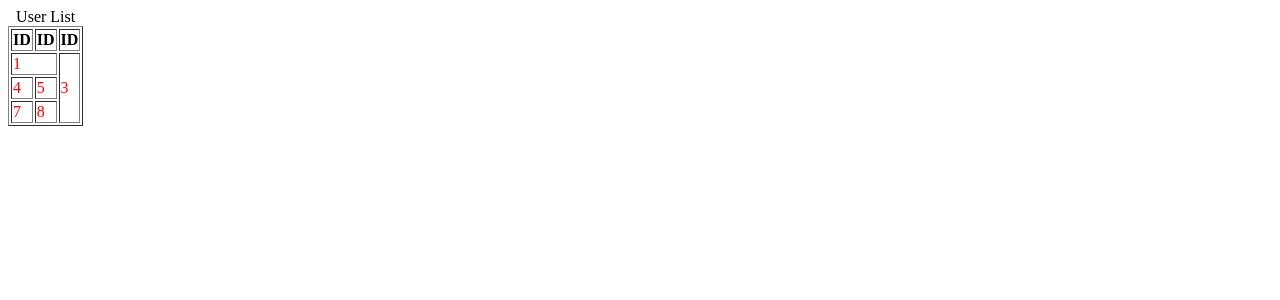
Repository: Scoobi-wisdoom/web
Page: d01/web/a4.html
These files come from the project's save history. The page is drawn as it stood at one moment and after the next save; the edit follows.
The browser window is 1280 px wide. The pictures show the whole page.

Above is the page before, as saved 2020-08-05 05:27:13.

### d01/web/a4.html
<!DOCTYPE html>
<html>
<head>
<meta charset="EUC-KR">
<title>Insert title here</title>
<style>
	table > tbody > tr > td{
		color:red;
		}
</style>
</head>
<body>
<!-- Table Test -->
<table border="1">
 <caption> User List </caption>
 <thead>
 	<tr><th>ID</th><th>ID</th><th>ID</th></tr>
 </thead>
  <tbody>
 	<tr><td colspan="2">1</td><td rowspan="3">3</td></tr>
	<tr><td>4</td><td>5</td></tr>
	<tr><td>7</td><td>8</td></tr>
 </tbody>
</table>

</body>
</html>

After the next save:
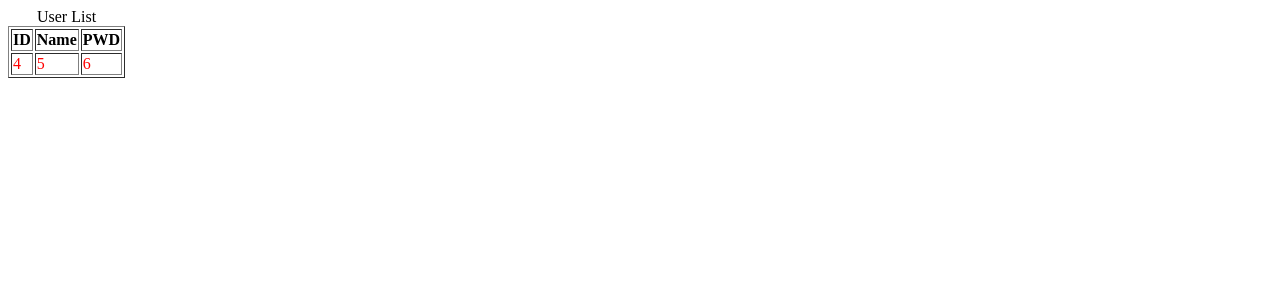
Saved 2 min 3 s later.
--- a/d01/web/a4.html
+++ b/d01/web/a4.html
@@ -14,12 +14,10 @@
 <table border="1">
  <caption> User List </caption>
  <thead>
- 	<tr><th>ID</th><th>ID</th><th>ID</th></tr>
+ 	<tr><th>ID</th><th>Name</th><th>PWD</th></tr>
  </thead>
   <tbody>
- 	<tr><td colspan="2">1</td><td rowspan="3">3</td></tr>
-	<tr><td>4</td><td>5</td></tr>
-	<tr><td>7</td><td>8</td></tr>
+ 	<tr><td>4</td><td>5</td><td>6</td></tr>
  </tbody>
 </table>
 
